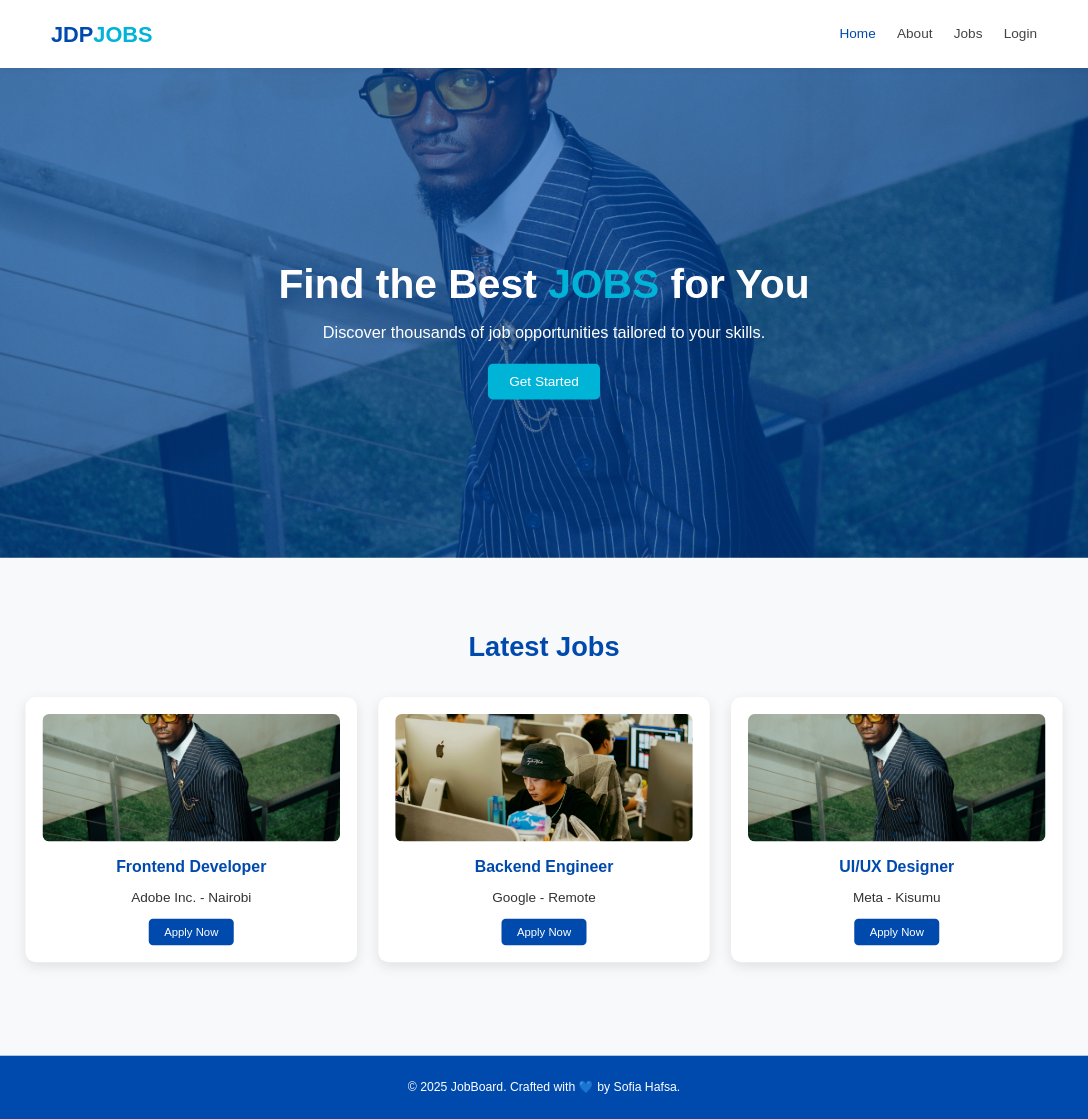
Repository: sofia123776/jobboard
Page: jobs/templates/jobs/home.html
The author's editor kept a copy of each file at every save. The page is drawn from the files as they stood at one save, then again after the next save.
The browser window is 1280 px wide. The pictures show the whole page, at 85% of full size.
The template is drawn by Django 5.2. The application's start-up code is not run. The template is opened directly, without the code that normally fills it, so the values that code supplies are empty.

Above is the page before, as saved 2025-10-09 16:10:19.

After the next save:
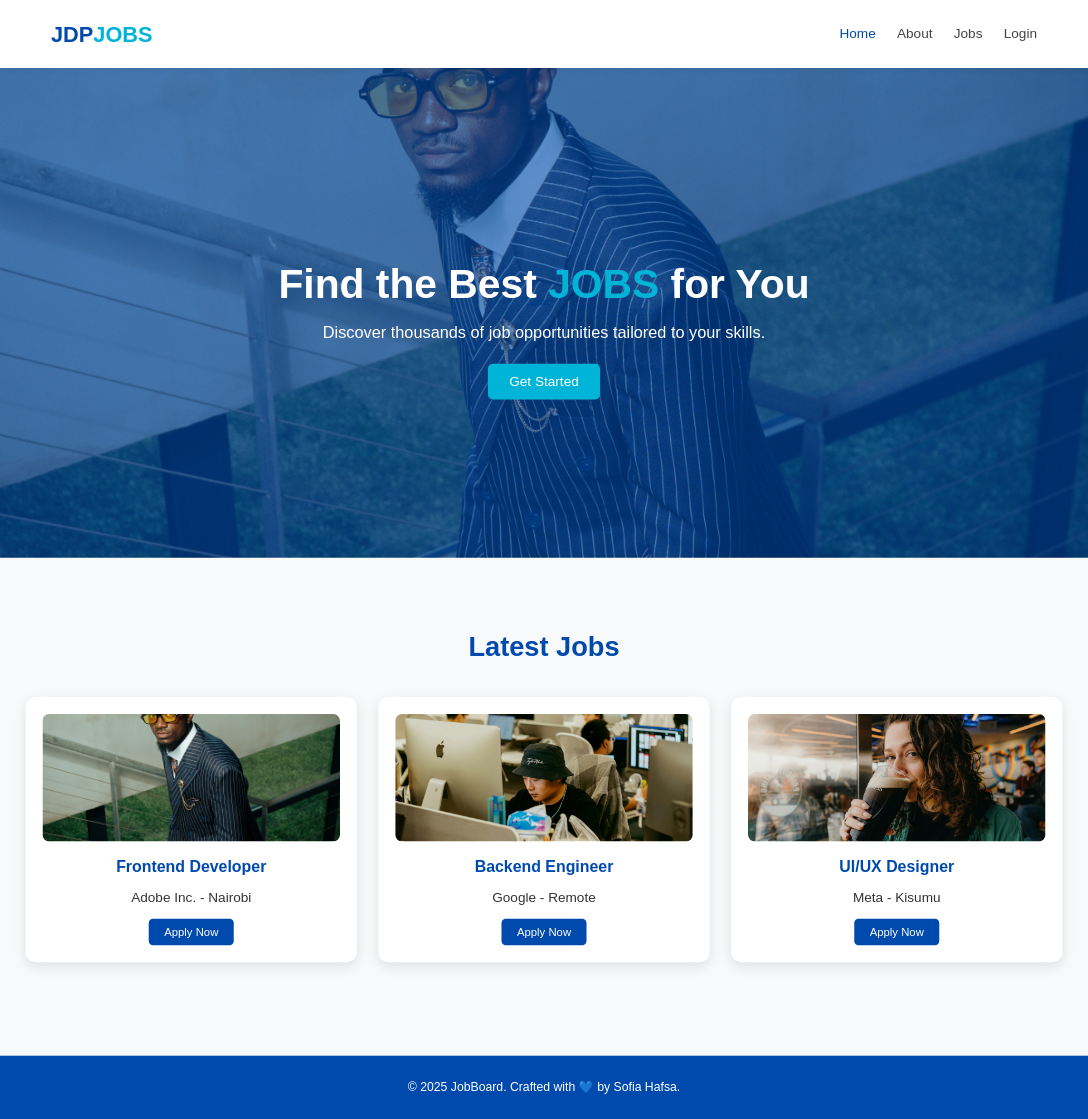
Saved 5 min 3 s later.
--- a/jobs/templates/jobs/home.html
+++ b/jobs/templates/jobs/home.html
@@ -46,7 +46,7 @@
       </div>
 
       <div class="job-card">
-        <img src="{% static 'images/hero-bg.jpg' %}" alt="Meta">
+        <img src="{% static 'images/heroine-bg.jpg' %}" alt="Meta">
         <h3>UI/UX Designer</h3>
         <p>Meta - Kisumu</p>
         <button>Apply Now</button>
